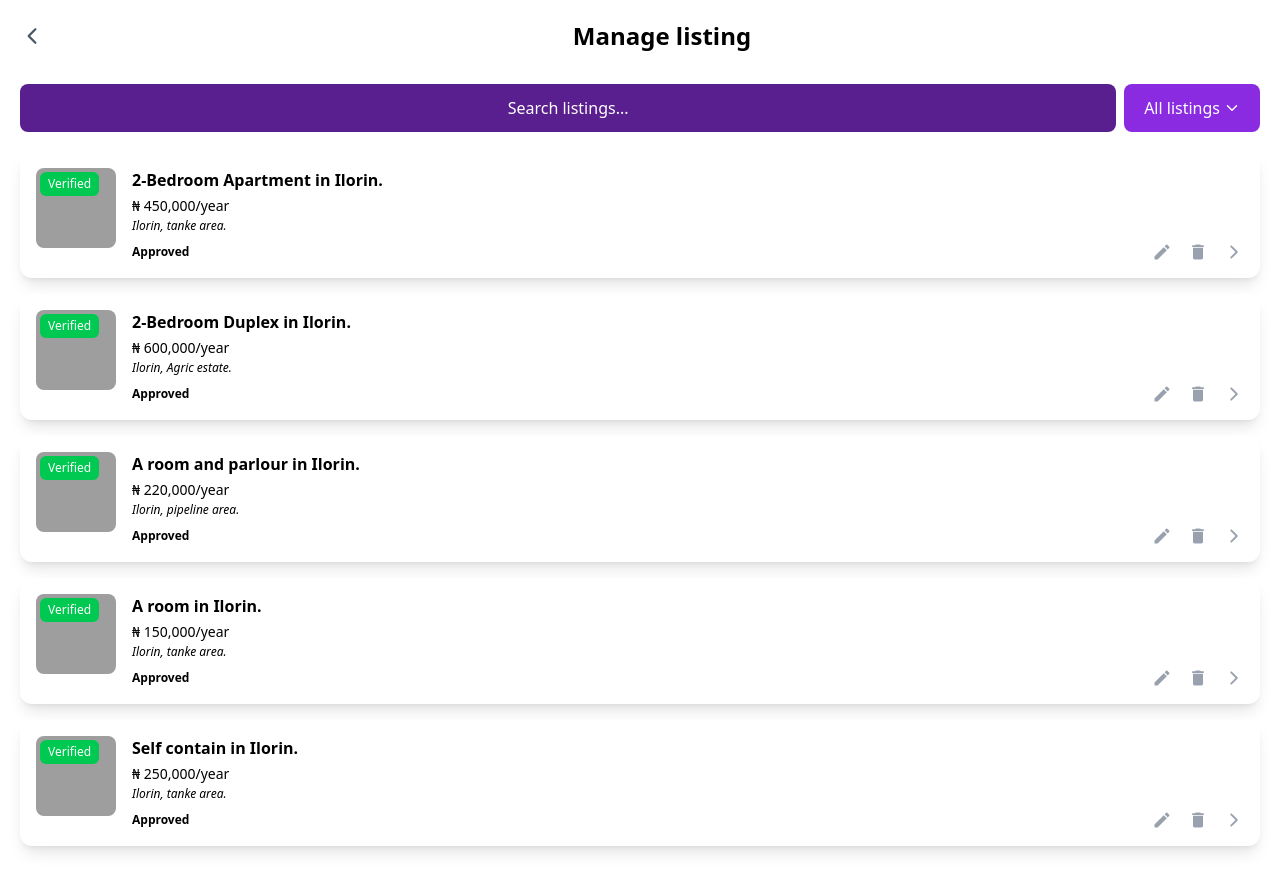
Repository: Em-driod/spotify-clone
Page: /Manage
The author's editor kept a copy of each file at every save. The page is drawn from the files as they stood at one save, then again after the next save.
The browser window is 1280 px wide. The pictures show the whole page.
Pictures or frames that could not be fetched are drawn as grey boxes. The project was rebuilt for these pictures with package versions that can differ from the ones it lists, and the page was loaded fresh each time. Also part of the build but not shown: vite.config.ts, src/pages/veryify.tsx, src/pages/LandingPage.tsx, src/pages/Back.tsx, src/pages/Change.tsx, src/pages/onboard.tsx, src/pages/Skips.tsx, src/pages/Otp.tsx and 6 more.

Above is the page before, as saved 2025-07-09 17:15:05.

### src/App.tsx
import { BrowserRouter as Router, Routes, Route, useLocation } from 'react-router-dom';
import { AnimatePresence } from 'framer-motion';
import Welcome from './pages/veryify';
import LandingPage from './pages/LandingPage';
import Back from './pages/Back';
import Change from './pages/Change';
import Skips from './pages/Skips';
import Otp from './pages/Otp';
import First from './pages/First';
import Second from './pages/second';
import Fourth from './pages/fourth';
import Third from './pages/Third';
import Fifth from './pages/fifth';
import Signup from './pages/Signup';
import Manage from  './pages/Manage'


const AnimatedRoutes = () => {
  const location = useLocation();

  return (
    <AnimatePresence mode="wait">
      <Routes location={location} key={location.pathname}>
        <Route path="/" element={<LandingPage />} />
        <Route path="/skip" element={<Skips />} />
       <Route path="/welcome" element={<Welcome />} />
       <Route path="/back" element={<Back />} />
       <Route path="/forget" element={<Change />} />
       <Route path="/Otp" element={<Otp />} />
       <Route path="/first" element={<First />} />
       <Route path="/second" element={<Second />} />
        <Route path="/third" element={<Third />} />
        <Route path="/fourth" element={<Fourth />} />
        <Route path="/fifth" element={<Fifth />} />
        <Route path="/signup" element={<Signup />} />
        <Route path="/Manage" element={<Manage />} />
        {/* Add more routes as needed */}

      </Routes>
    </AnimatePresence>
  );
};

const App = () => {
  return (
    <Router>
      <AnimatedRoutes />
    </Router>
  );
};

export default App;

### src/pages/Manage.tsx
import React, { useState } from 'react';
import { IoIosArrowBack, IoIosArrowDown } from 'react-icons/io';
import { MdEdit, MdDelete } from 'react-icons/md';

// Define the interface for a Listing object
interface Listing {
  id: number;
  image: string;
  type: string;
  price: string;
  location: string;
  status: string;
}

const Manage: React.FC = () => {
  // Initialize listings using useState with the Listing array type
  const [listings, setListings] = useState<Listing[]>([
    {
      id: 1,
      image: '/path/to/your/bedroom-apartment.png', // Replace with actual image paths
      type: '2-Bedroom Apartment in Ilorin.',
      price: '₦ 450,000/year',
      location: 'Ilorin, tanke area.',
      status: 'Approved',
    },
    {
      id: 2,
      image: '/path/to/your/duplex.png',
      type: '2-Bedroom Duplex in Ilorin.',
      price: '₦ 600,000/year',
      location: 'Ilorin, Agric estate.',
      status: 'Approved',
    },
    {
      id: 3,
      image: '/path/to/your/room-parlour.png',
      type: 'A room and parlour in Ilorin.',
      price: '₦ 220,000/year',
      location: 'Ilorin, pipeline area.',
      status: 'Approved',
    },
    {
      id: 4,
      image: '/path/to/your/room.png',
      type: 'A room in Ilorin.',
      price: '₦ 150,000/year',
      location: 'Ilorin, tanke area.',
      status: 'Approved',
    },
    {
      id: 5,
      image: '/path/to/your/self-contain.png',
      type: 'Self contain in Ilorin.',
      price: '₦ 250,000/year',
      location: 'Ilorin, tanke area.',
      status: 'Approved',
    },
  ]);

  const handleEdit = (id: number) => { // Type 'id' as number
    const listingToEdit = listings.find((listing) => listing.id === id);
    if (listingToEdit) {
      const newType = prompt('Edit listing type:', listingToEdit.type);
      const newPrice = prompt('Edit listing price:', listingToEdit.price);
      const newLocation = prompt('Edit listing location:', listingToEdit.location);

      if (newType !== null && newPrice !== null && newLocation !== null) {
        setListings(
          listings.map((listing) =>
            listing.id === id
              ? { ...listing, type: newType, price: newPrice, location: newLocation }
              : listing
          )
        );
        alert(`Listing with ID: ${id} updated!`);
      }
    }
  };

  const handleDelete = (id: number) => { // Type 'id' as number
    if (window.confirm(`Are you sure you want to delete listing with ID: ${id}?`)) {
      setListings(listings.filter((listing) => listing.id !== id));
      alert(`Listing with ID: ${id} deleted!`);
    }
  };

  return (
    <div className="min-h-screen p-5 bg-white text-black font-sans">
      {/* Header */}
      <div className="flex items-center mb-8">
        <IoIosArrowBack size={24} className="text-gray-600 mr-5 cursor-pointer" />
        <h1 className="text-2xl font-bold text-center flex-grow">Manage listing</h1>
      </div>

      {/* Search and Filter */}
      <div className="flex justify-between mb-5">
        <button className="bg-[#5a1f8e] text-white rounded-lg px-5 py-3 text-base cursor-pointer flex-1 mr-2">
          Search listings...
        </button>
        <button className="bg-[#8a2be2] text-white rounded-lg px-5 py-3 text-base cursor-pointer flex items-center">
          All listings <IoIosArrowDown size={16} className="ml-1" />
        </button>
      </div>

      {/* Listings */}
      <div>
        {listings.map((listing: Listing) => ( // Explicitly type 'listing'
          <div key={listing.id} className="bg-white rounded-xl p-4 mb-4 flex items-start shadow-lg">
            <div className="relative mr-4">
              {/* Verified Badge */}
              <span className="absolute top-1 left-1 bg-green-500 text-white text-xs px-2 py-1 rounded-md z-10">Verified</span>
              <img src={listing.image} alt={listing.type} className="w-20 h-20 rounded-lg object-cover" />
            </div>
            <div className="flex-1 min-w-0">
              <h3 className="text-base font-bold mb-1 break-words">{listing.type}</h3>
              <p className="text-sm text-black mb-0.5">{listing.price}</p>
              <p className="text-xs text-black-400 italic mb-2">{listing.location}</p>
              <div className="flex items-center justify-between mt-2">
                <p className="text-xs text-black font-bold">{listing.status}</p>
                <div className="flex items-center">
                  <MdEdit size={20} className="text-gray-400 ml-4 cursor-pointer" onClick={() => handleEdit(listing.id)} />
                  <MdDelete size={20} className="text-gray-400 ml-4 cursor-pointer" onClick={() => handleDelete(listing.id)} />
                  <IoIosArrowBack size={20} className="text-gray-400 ml-4 cursor-pointer rotate-180" />
                </div>
              </div>
            </div>
          </div>
        ))}
      </div>
    </div>
  );
};

export default Manage;

Loaded but not shown: index.html (common file); src/main.tsx (common file); src/index.css (common file)

After the next save:
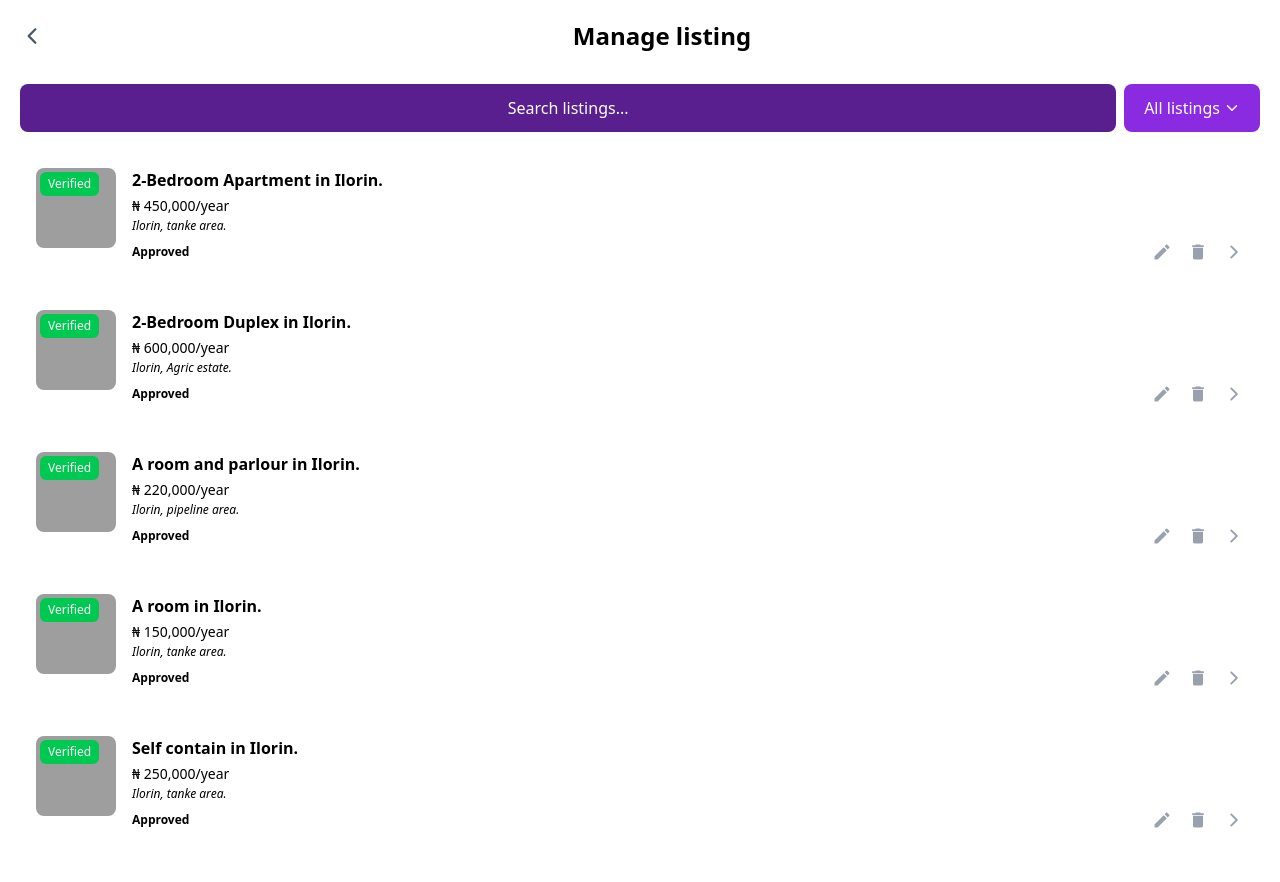
Saved 95 s later.
--- a/src/pages/Manage.tsx
+++ b/src/pages/Manage.tsx
@@ -105,7 +105,7 @@ const Manage: React.FC = () => {
       {/* Listings */}
       <div>
         {listings.map((listing: Listing) => ( // Explicitly type 'listing'
-          <div key={listing.id} className="bg-white rounded-xl p-4 mb-4 flex items-start shadow-lg">
+          <div key={listing.id} className="bg-white  p-4 mb-4 flex items-start ">
             <div className="relative mr-4">
               {/* Verified Badge */}
               <span className="absolute top-1 left-1 bg-green-500 text-white text-xs px-2 py-1 rounded-md z-10">Verified</span>
